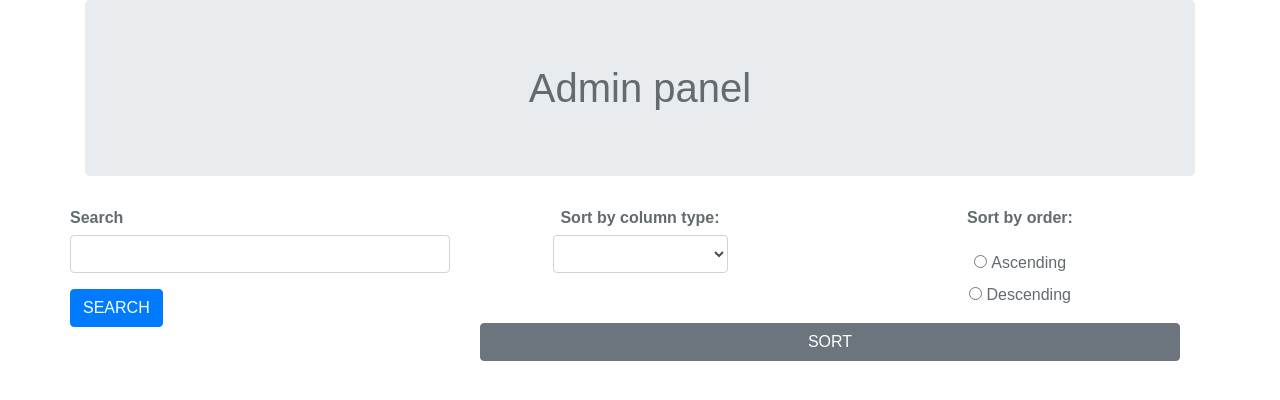
Repository: WOLVGVNG/gameclan
Page: resources/views/admin_panel.blade.php
An editor plug-in stored every save of this project. The page is shown before and after the next save, followed by the edit.
The browser window is 1280 px wide. The pictures show the whole page.
The page is served by the project's Laravel application, run on PHP 8.4 with Laravel 8. The template is opened directly, without the code that normally fills it, so the values that code supplies are empty.

Above is the page before, as saved 2019-03-20 17:37:10.

After the next save:
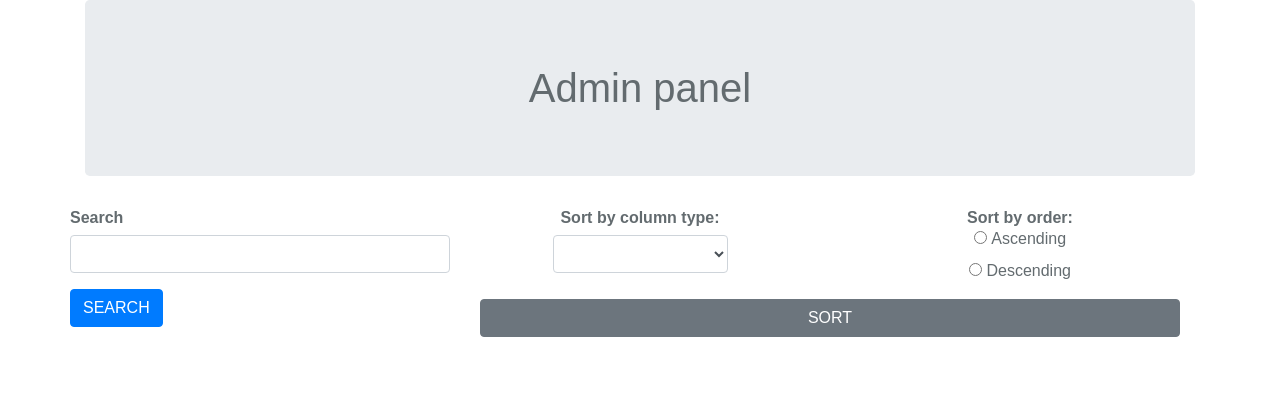
Saved 8 s later.
--- a/resources/views/admin_panel.blade.php
+++ b/resources/views/admin_panel.blade.php
@@ -41,7 +41,7 @@
                         </select>
                     </div>
                     <div class='col-sm-6'>
-                        <h6 class='font-weight-bold my-4 mt-md-0'>Sort by order:</h6>
+                        <h6 class='font-weight-bold my-4 my-md-0'>Sort by order:</h6>
                         <input type='radio' name='sort_order' value='asc' id='asc'
                                 @if(session('sort_order') == 'asc') echo checked @endif>
                         <label for='asc'>Ascending</label>
